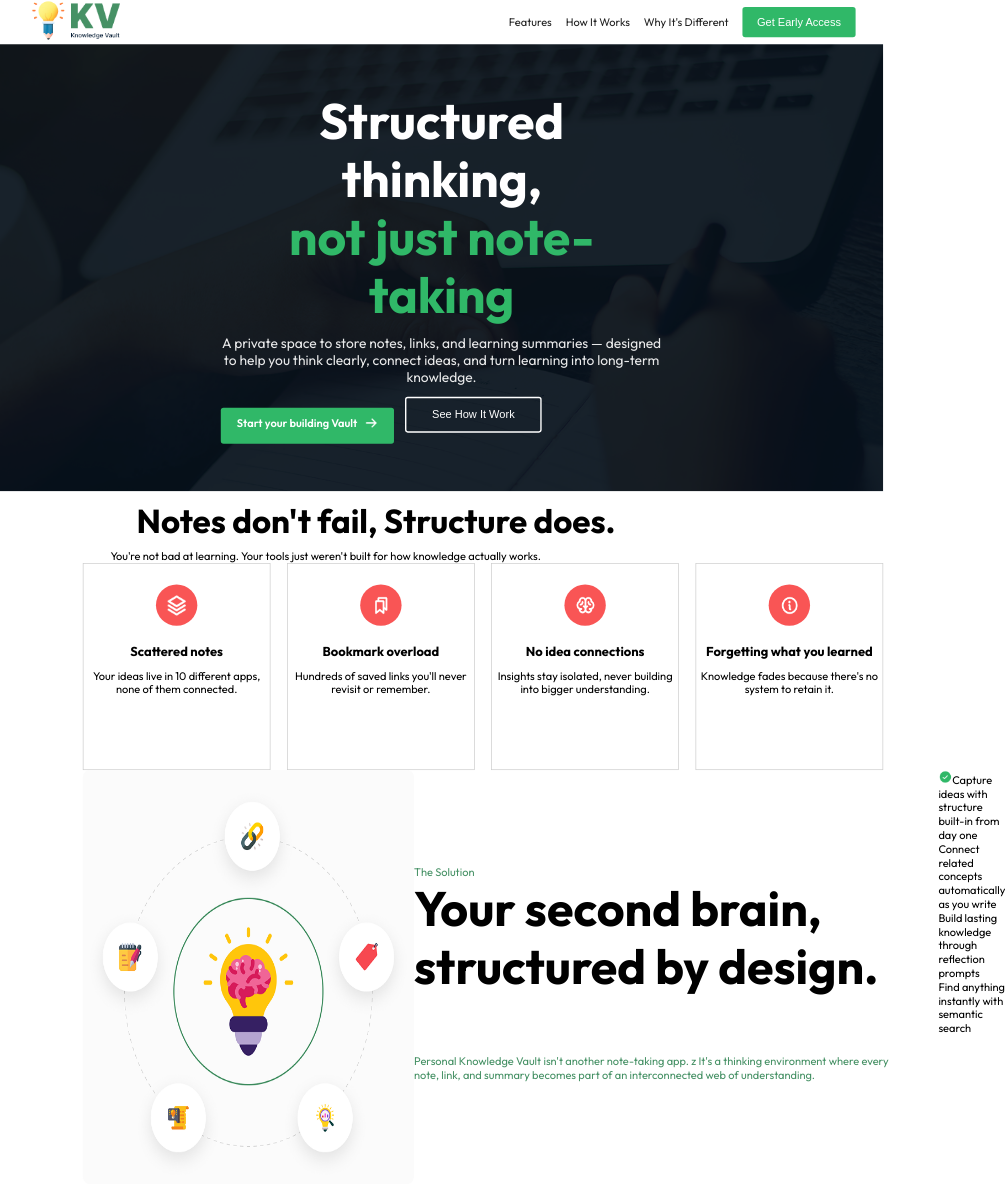
Repository: tanimtanzilislam/Assignment1-PH
Page: index.html
These files come from the project's save history. The page is drawn as it stood at one moment and after a run of saves; the edit follows.
The browser window is 1280 px wide. The page is 1457 px wide, so the pictures cover 1457 px, including what lies to the right of the window. The pictures show the whole page, at 69% of full size.

Above is the page before, as saved 2026-01-20 00:17:32.

After the next 4 saves:
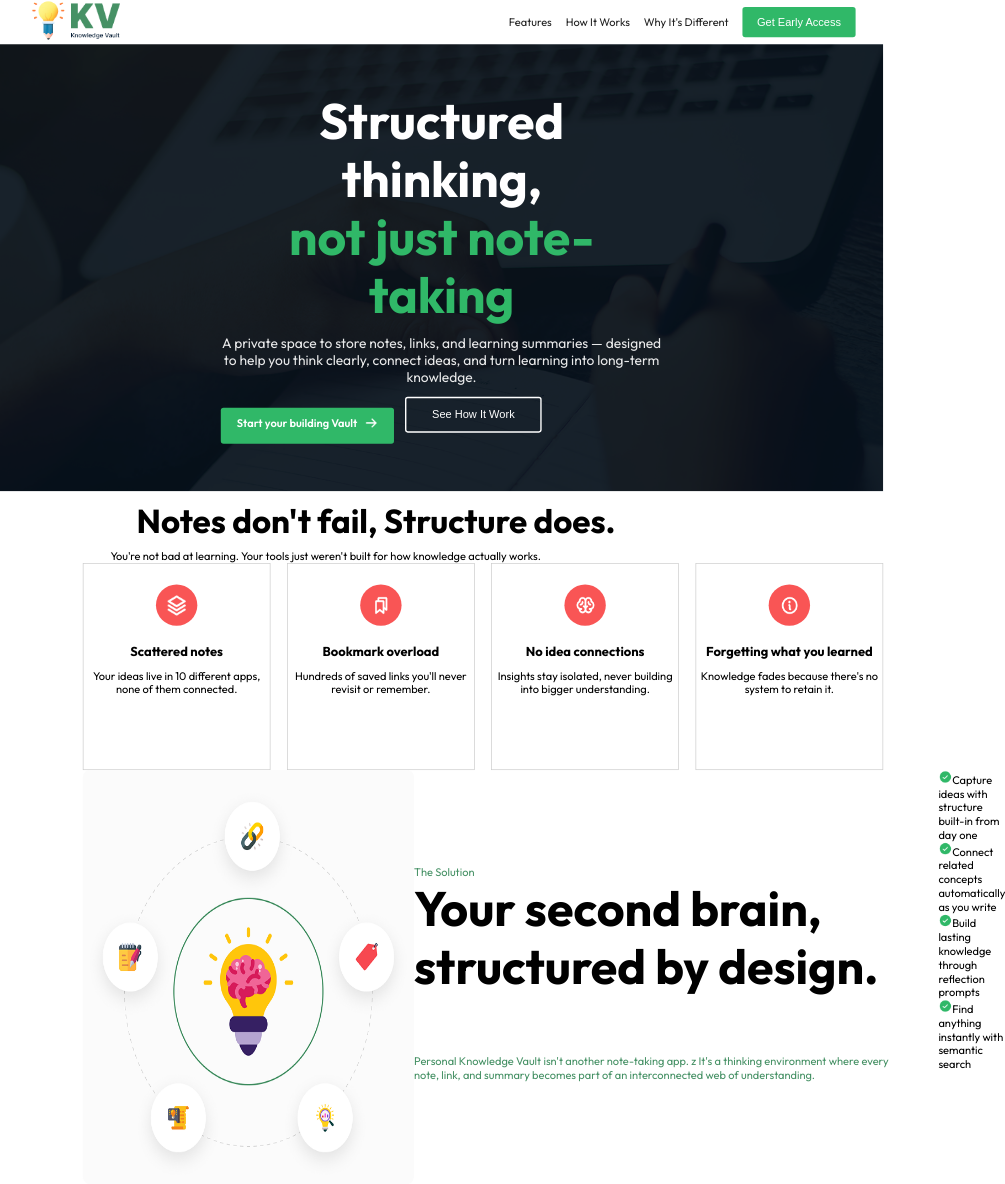
The 4 saves are shown as one change because they came seconds apart.
The last was saved 15 s later.
--- a/index.html
+++ b/index.html
@@ -119,9 +119,9 @@ structured by design.</h1>
 
 
         <p> <img src="./assets/CheckCircle.png" alt="">Capture ideas with structure built-in from day one </p>
-        <p <img src="./assets/CheckCircle.png" alt="">Connect related concepts automatically as you write</p>
-        <p <img src="./assets/CheckCircle.png" alt="">Build lasting knowledge through reflection prompts</p>
-        <p <img src="./assets/CheckCircle.png" alt="">Find anything instantly with semantic search</p>
+        <p ><img src="./assets/CheckCircle.png" alt="">Connect related concepts automatically as you write</p>
+        <p><img src="./assets/CheckCircle.png" alt="">Build lasting knowledge through reflection prompts</p>
+        <p><img src="./assets/CheckCircle.png" alt="">Find anything instantly with semantic search</p>
 
 </div>
 
